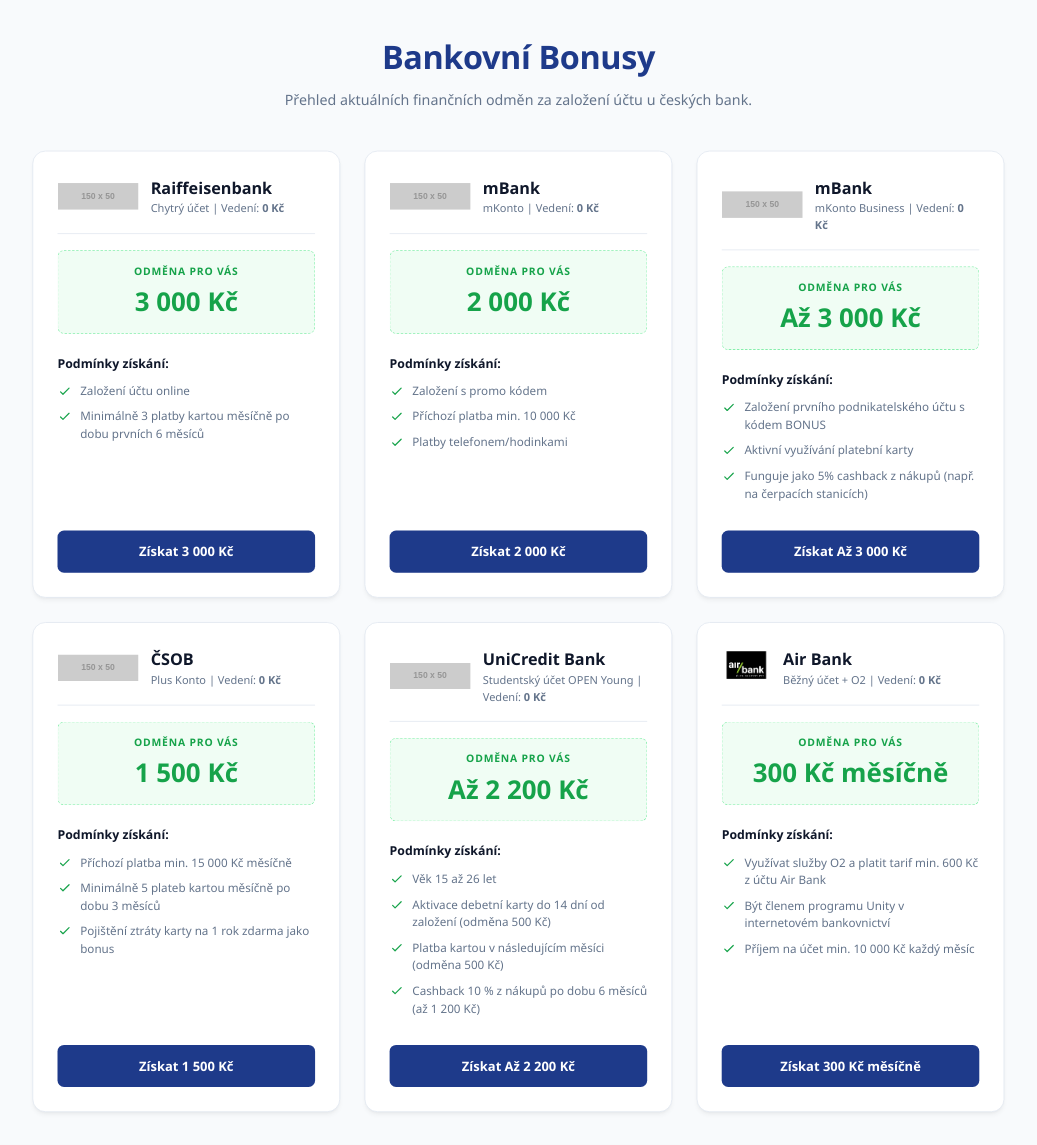
Repository: Martin49232/bankovnibonusy
Page: index.html
An editor plug-in stored every save of this project. The page is shown before and after the next save, followed by the edit.
The browser window is 1280 px wide. The pictures show the whole page, at 81% of full size.

Above is the page before, as saved 2026-03-10 17:21:32.

### index.html
<!DOCTYPE html>
<!DOCTYPE html>
<html lang="cs">
<head>
    <meta charset="UTF-8">
    <meta name="viewport" content="width=device-width, initial-scale=1.0">
    <title>Bankovní Bonusy | Nejlepší účty v ČR</title>
    <style>
        :root {
            --primary: #1e3a8a;
            --success: #16a34a;
            --bg-color: #f8fafc;
            --card-bg: #ffffff;
            --text-main: #0f172a;
            --text-muted: #64748b;
            --border: #e2e8f0;
        }

        body {
            font-family: 'Segoe UI', system-ui, -apple-system, sans-serif;
            background: var(--bg-color);
            margin: 0;
            padding: 40px 20px;
            color: var(--text-main);
            line-height: 1.5;
        }

        .container {
            max-width: 1200px;
            margin: 0 auto;
        }

        header {
            text-align: center;
            margin-bottom: 50px;
        }

        h1 {
            color: var(--primary);
            font-size: 2.5rem;
            margin: 0 0 10px 0;
            letter-spacing: -0.5px;
        }

        .subtitle {
            color: var(--text-muted);
            font-size: 1.1rem;
            margin: 0;
        }

        /* Grid Layout */
        .grid {
            display: grid;
            grid-template-columns: repeat(auto-fill, minmax(340px, 1fr));
            gap: 30px;
        }

        /* Card Styling */
        .card {
            background: var(--card-bg);
            border-radius: 16px;
            padding: 30px;
            box-shadow: 0 4px 6px -1px rgba(0,0,0,0.05), 0 2px 4px -2px rgba(0,0,0,0.05);
            display: flex;
            flex-direction: column;
            border: 1px solid var(--border);
            transition: transform 0.2s ease, box-shadow 0.2s ease;
        }

        .card:hover {
            transform: translateY(-5px);
            box-shadow: 0 20px 25px -5px rgba(0,0,0,0.1), 0 8px 10px -6px rgba(0,0,0,0.1);
        }

        /* Card Header (Logo + Bank Name) */
        .card-header {
            display: flex;
            align-items: center;
            gap: 15px;
            margin-bottom: 20px;
            padding-bottom: 20px;
            border-bottom: 1px solid var(--border);
        }

        .card-header img {
            max-width: 100px;
            max-height: 40px;
            object-fit: contain;
        }

        .bank-info {
            display: flex;
            flex-direction: column;
        }

        .bank-name {
            font-size: 1.25rem;
            font-weight: 700;
            margin: 0;
        }

        .meta {
            font-size: 0.85rem;
            color: var(--text-muted);
        }

        /* Bonus Highlight */
        .bonus-wrapper {
            background: #f0fdf4;
            border: 1px dashed #86efac;
            border-radius: 8px;
            padding: 15px;
            text-align: center;
            margin-bottom: 25px;
        }

        .bonus-label {
            display: block;
            font-size: 0.8rem;
            text-transform: uppercase;
            letter-spacing: 1px;
            color: var(--success);
            font-weight: 600;
            margin-bottom: 4px;
        }

        .bonus {
            font-size: 2rem;
            font-weight: 800;
            color: var(--success);
            margin: 0;
        }

        /* Requirements List */
        .req-title {
            font-weight: 600;
            font-size: 0.95rem;
            margin-bottom: 12px;
        }

        .requirements {
            flex-grow: 1;
            font-size: 0.9rem;
            margin: 0 0 25px 0;
            padding: 0;
            color: var(--text-muted);
            list-style: none;
        }

        .requirements li {
            position: relative;
            padding-left: 28px;
            margin-bottom: 10px;
        }

        /* Custom SVG Checkmark */
        .requirements li::before {
            content: '';
            position: absolute;
            left: 0;
            top: 2px;
            width: 18px;
            height: 18px;
            background-image: url("data:[embedded picture, 228 characters]");
            background-size: contain;
            background-repeat: no-repeat;
        }

        /* Call to Action Button */
        .btn {
            display: block;
            text-align: center;
            background: var(--primary);
            color: white;
            text-decoration: none;
            padding: 14px;
            border-radius: 8px;
            font-weight: 600;
            font-size: 1rem;
            transition: background 0.2s;
        }

        .btn:hover {
            background: #1e40af;
        }
    </style>
</head>
<body>
    <div class="container">
        <header>
            <h1>Bankovní Bonusy</h1>
            <p class="subtitle">Přehled aktuálních finančních odměn za založení účtu u českých bank.</p>
        </header>

        <div id="deals-container" class="grid"></div>
    </div>

    <script>
        document.addEventListener('DOMContentLoaded', () => {
            fetch('data.json')
                .then(response => {
                    if (!response.ok) throw new Error('Network response was not ok');
                    return response.json();
                })
                .then(data => renderDeals(data))
                .catch(error => console.error('Error loading data:', error));
        });

        function renderDeals(deals) {
            const container = document.getElementById('deals-container');

            deals.forEach(deal => {
                const reqList = deal.requirements.map(req => `<li>${req}</li>`).join('');

                const card = document.createElement('div');
                card.className = 'card';

                // Constructing the new, prettier DOM structure for each card
                card.innerHTML = `
                    <div class="card-header">
                        <img src="${deal.logoUrl}" alt="${deal.bankName} logo">
                        <div class="bank-info">
                            <h2 class="bank-name">${deal.bankName}</h2>
                            <div class="meta">${deal.accountName} | Vedení: <strong>${deal.monthlyFee}</strong></div>
                        </div>
                    </div>

                    <div class="bonus-wrapper">
                        <span class="bonus-label">Odměna pro vás</span>
                        <div class="bonus">${deal.bonusAmount}</div>
                    </div>

                    <div class="req-title">Podmínky získání:</div>
                    <ul class="requirements">${reqList}</ul>

                    <a href="${deal.link}" target="_blank" rel="noopener noreferrer" class="btn">Získat ${deal.bonusAmount}</a>
                `;
                container.appendChild(card);
            });
        }
    </script>
</body>
</html>

### data.json
[
  {
    "id": "raiffeisen-chytry",
    "bankName": "Raiffeisenbank",
    "accountName": "Chytrý účet",
    "bonusAmount": "3 000 Kč",
    "requirements": [
      "Založení účtu online",
      "Minimálně 3 platby kartou měsíčně po dobu prvních 6 měsíců"
    ],
    "monthlyFee": "0 Kč",
    "link": "https://www.rb.cz/promo-odkaz",
    "logoUrl": "https://via.placeholder.com/150x50?text=Raiffeisenbank"
  },
  {
    "id": "mbank-mkonto",
    "bankName": "mBank",
    "accountName": "mKonto",
    "bonusAmount": "2 000 Kč",
    "requirements": [
      "Založení s promo kódem",
      "Příchozí platba min. 10 000 Kč",
      "Platby telefonem/hodinkami"
    ],
    "monthlyFee": "0 Kč",
    "link": "https://www.mbank.cz/promo-odkaz",
    "logoUrl": "https://via.placeholder.com/150x50?text=mBank"
  },
{
    "id": "mbank-business",
    "bankName": "mBank",
    "accountName": "mKonto Business",
    "bonusAmount": "Až 3 000 Kč",
    "requirements": [
      "Založení prvního podnikatelského účtu s kódem BONUS",
      "Aktivní využívání platební karty",
      "Funguje jako 5% cashback z nákupů (např. na čerpacích stanicích)"
    ],
    "monthlyFee": "0 Kč",
    "link": "https://www.mbank.cz/",
    "logoUrl": "https://via.placeholder.com/150x50?text=mBank"
  },
  {
    "id": "csob-pluskonto",
    "bankName": "ČSOB",
    "accountName": "Plus Konto",
    "bonusAmount": "1 500 Kč",
    "requirements": [
      "Příchozí platba min. 15 000 Kč měsíčně",
      "Minimálně 5 plateb kartou měsíčně po dobu 3 měsíců",
      "Pojištění ztráty karty na 1 rok zdarma jako bonus"
    ],
    "monthlyFee": "0 Kč",
    "link": "https://www.csob.cz/",
    "logoUrl": "https://via.placeholder.com/150x50?text=CSOB"
  },
  {
    "id": "unicredit-student",
    "bankName": "UniCredit Bank",
    "accountName": "Studentský účet OPEN Young",
    "bonusAmount": "Až 2 200 Kč",
    "requirements": [
      "Věk 15 až 26 let",
      "Aktivace debetní karty do 14 dní od založení (odměna 500 Kč)",
      "Platba kartou v následujícím měsíci (odměna 500 Kč)",
      "Cashback 10 % z nákupů po dobu 6 měsíců (až 1 200 Kč)"
    ],
    "monthlyFee": "0 Kč",
    "link": "https://www.unicreditbank.cz/",
    "logoUrl": "https://via.placeholder.com/150x50?text=UniCredit+Bank"
  },
  {
    "id": "airbank-bezny",
    "bankName": "Air Bank",
    "accountName": "Běžný účet + O2",
    "bonusAmount": "300 Kč měsíčně",
    "requirements": [
      "Využívat služby O2 a platit tarif min. 600 Kč z účtu Air Bank",
      "Být členem programu Unity v internetovém bankovnictví",
      "Příjem na účet min. 10 000 Kč každý měsíc"
    ],
    "monthlyFee": "0 Kč",
    "link": "https://www.airbank.cz/",
    "logoUrl": "images/airbank.png"
  }
]

After the next save:
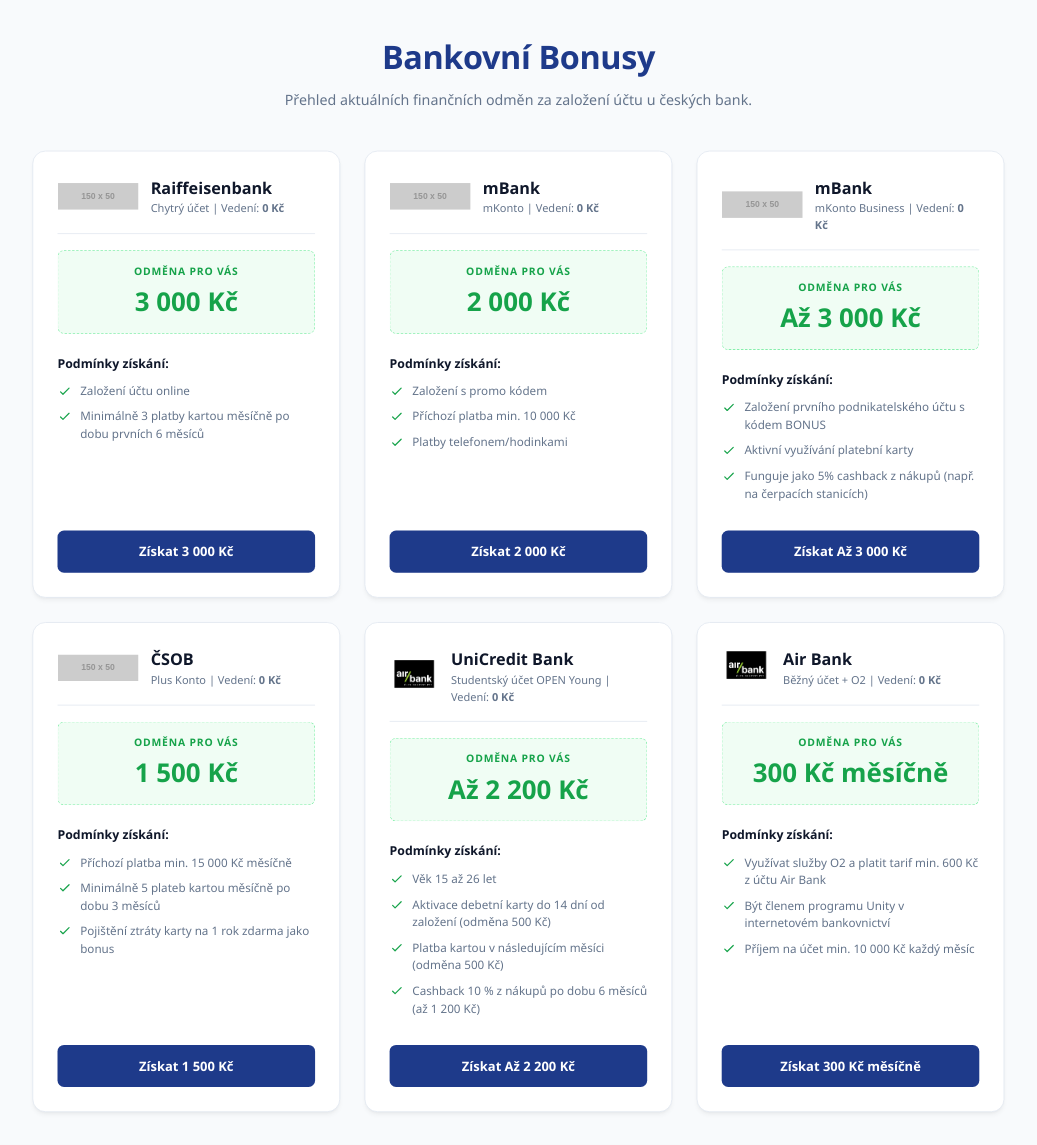
Saved 13 s later.
--- a/data.json
+++ b/data.json
@@ -67,7 +67,7 @@
     ],
     "monthlyFee": "0 Kč",
     "link": "https://www.unicreditbank.cz/",
-    "logoUrl": "https://via.placeholder.com/150x50?text=UniCredit+Bank"
+    "logoUrl": "images/airbank.png"
   },
   {
     "id": "airbank-bezny",
